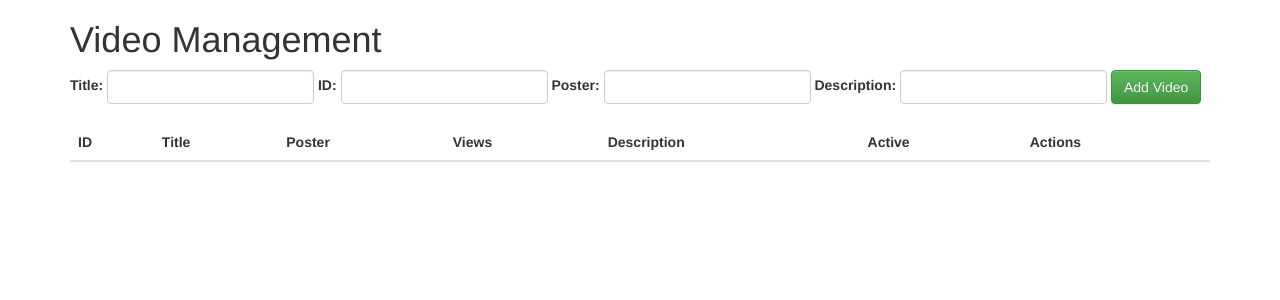
Repository: Hacorbie/Java-Servlet
Page: http://localhost/ASM_JV4/views/User.jsp
The author's editor kept a copy of each file at every save. The page is drawn from the files as they stood at one save, then again after the next save.
The browser window is 1280 px wide. The pictures show the whole page.
Some web libraries are served in a nearby version. The page is served by Tomcat 9. The template is opened directly, without the code that normally fills it, so the values that code supplies are empty.

Above is the page before, as saved 2023-04-08 17:05:15.

After the next save:
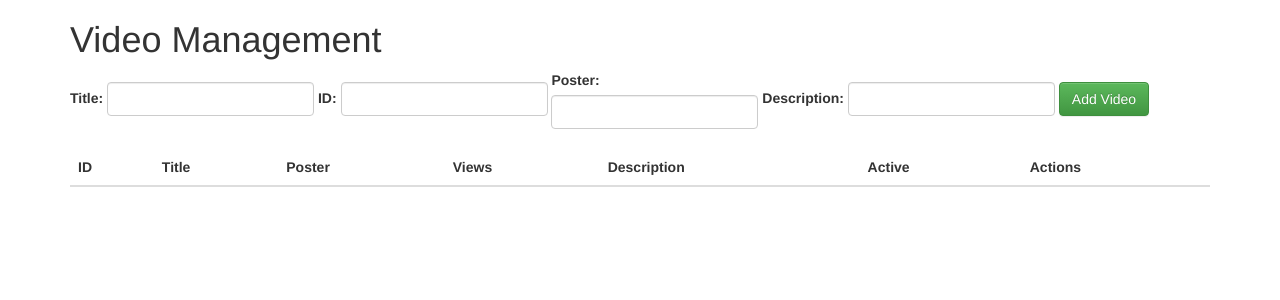
Saved 44 s later.
--- a/ASM_JV4/src/main/webapp/views/User.jsp
+++ b/ASM_JV4/src/main/webapp/views/User.jsp
@@ -24,7 +24,7 @@
                 <input type="text" class="form-control" id="ID" name="ID" required>
             </div>
             <div class="form-group">
-                <label for="poster">Poster:</label>
+                <label for="poster">Poster:</label> <br>
                 <input type="text" class="form-control" id="poster" name="poster" required>
             </div>
             <div class="form-group">

After the save that followed:
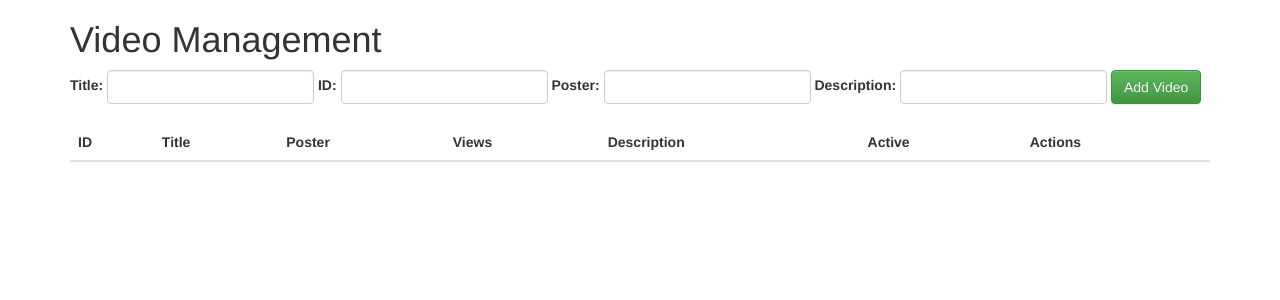
Saved 34 s later.
--- a/ASM_JV4/src/main/webapp/views/User.jsp
+++ b/ASM_JV4/src/main/webapp/views/User.jsp
@@ -24,7 +24,7 @@
                 <input type="text" class="form-control" id="ID" name="ID" required>
             </div>
             <div class="form-group">
-                <label for="poster">Poster:</label> <br>
+                <label for="poster">Poster:</label>
                 <input type="text" class="form-control" id="poster" name="poster" required>
             </div>
             <div class="form-group">
